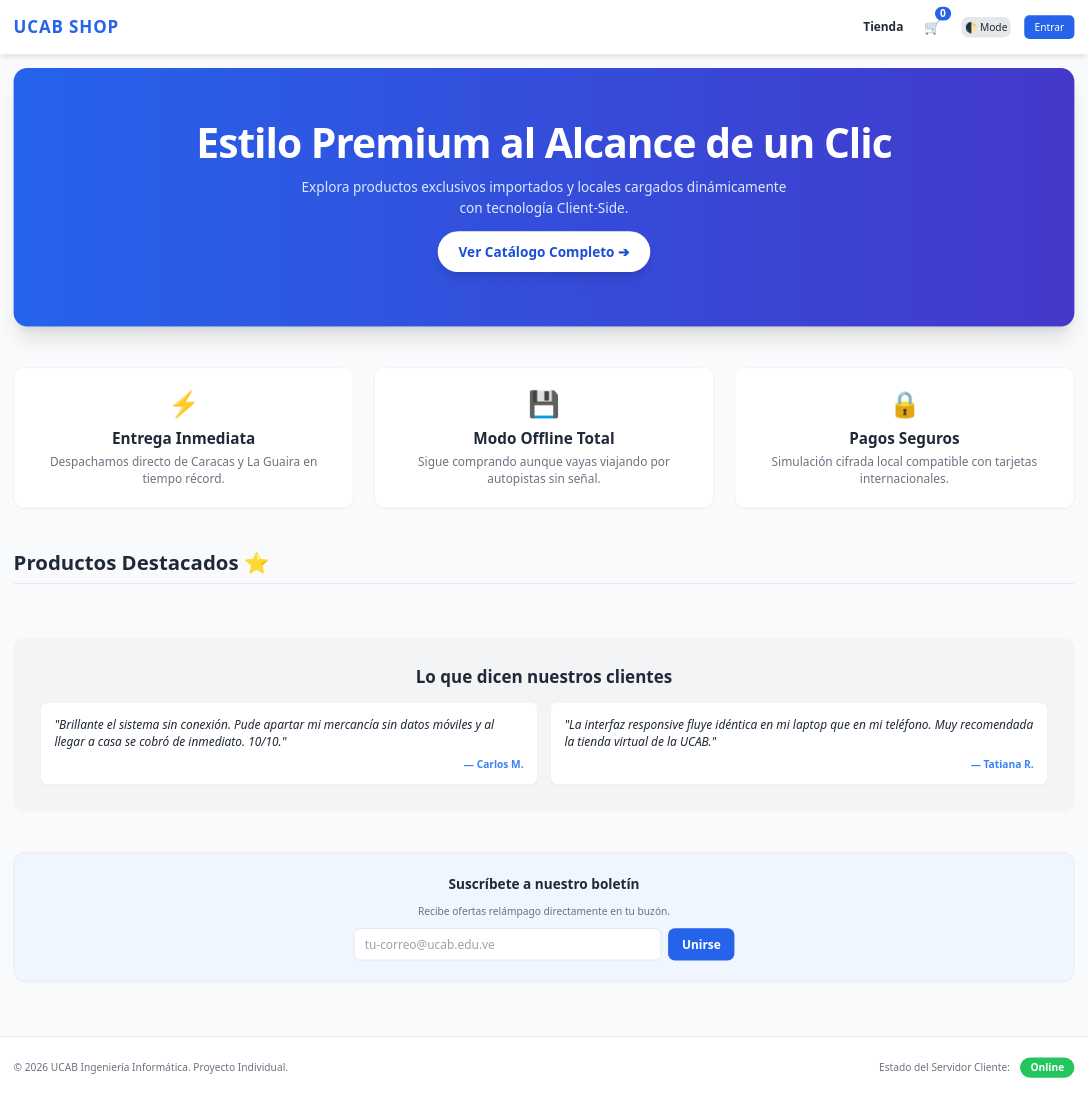
Repository: devishmael/tienda-virtual-pow
Page: index.html
An editor plug-in stored every save of this project. The page is shown before and after the next save, followed by the edit.
The browser window is 1280 px wide. The pictures show the whole page, at 85% of full size.
The page's requests for data from a server got no answer. Some web libraries are served in a nearby version.

Above is the page before, as saved 2026-06-11 10:20:48.

After the next save:
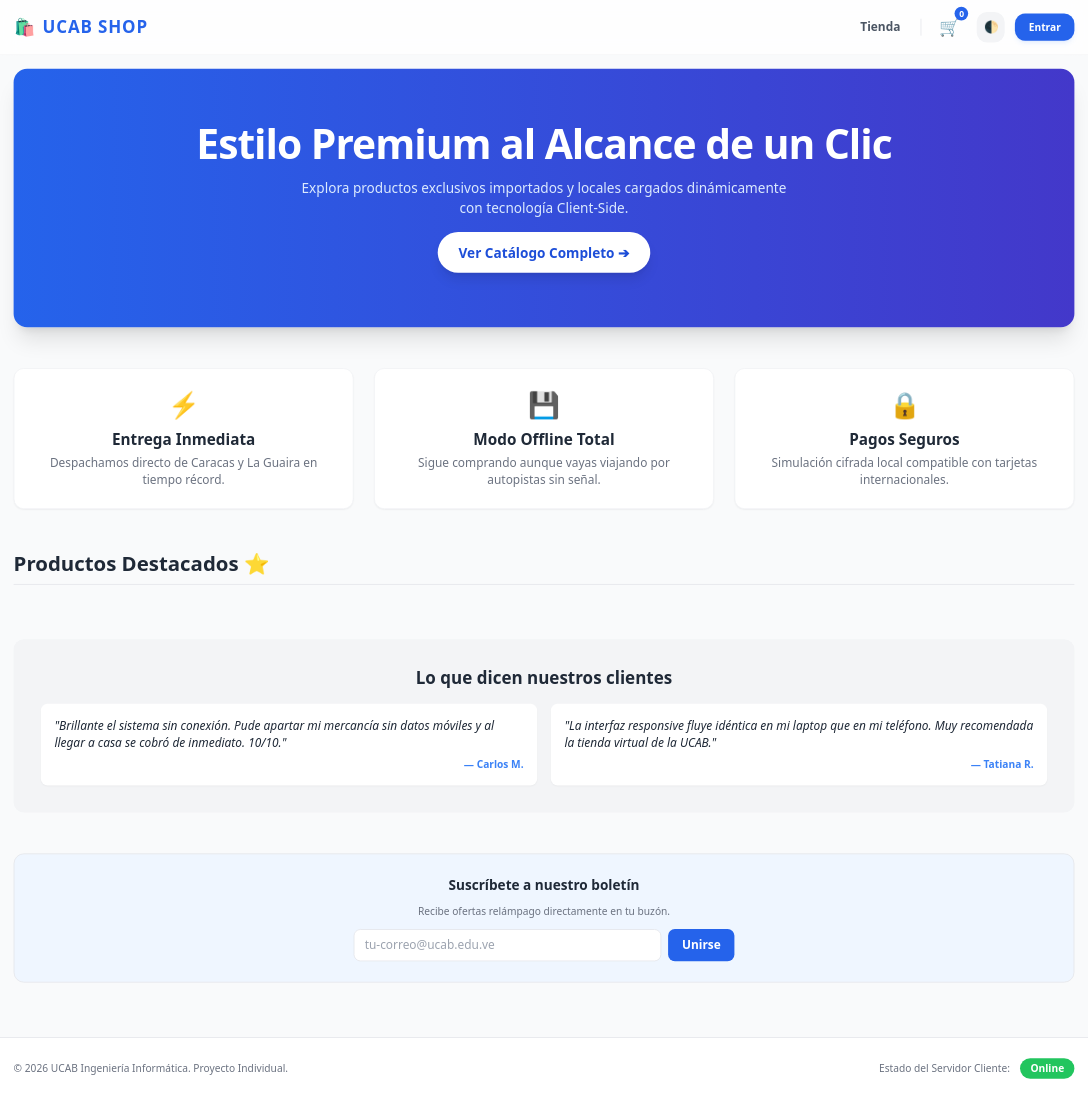
Saved 2 min 27 s later.
--- a/index.html
+++ b/index.html
@@ -13,26 +13,45 @@
 </head>
 <body class="bg-gray-50 text-gray-800 dark:bg-gray-900 dark:text-gray-100 min-h-screen flex flex-col transition-colors duration-200">
 
-    <nav class="bg-white dark:bg-gray-800 shadow-md sticky top-0 z-40">
-        <div class="max-w-7xl mx-auto px-4 py-3 flex justify-between items-center">
-            <h1 onclick="mostrarSeccion('landing')" class="text-xl font-extrabold text-blue-600 dark:text-blue-400 cursor-pointer tracking-wider">UCAB SHOP</h1>
-
-            <div class="flex items-center space-x-4">
-                <button onclick="mostrarSeccion('catalogo')" class="text-sm font-semibold hover:text-blue-500 cursor-pointer">Tienda</button>
-                <button id="nav-admin-link" onclick="mostrarSeccion('admin-box')" class="text-sm font-semibold text-red-500 hover:underline hidden cursor-pointer">Admin</button>
-
-                <button onclick="mostrarSeccion('carrito-box')" class="relative p-2 cursor-pointer">
-                    🛒 <span id="cart-count" class="absolute -top-1 -right-1 bg-blue-600 text-white text-xs px-1.5 rounded-full font-bold">0</span>
-                </button>
-
-                <button onclick="alternarTema()" class="p-1 bg-gray-200 dark:bg-gray-700 rounded-lg text-xs cursor-pointer">🌓 Mode</button>
-
-                <button id="nav-auth-btn" onclick="mostrarSeccion('auth-box')" class="bg-blue-600 text-white text-xs px-3 py-1.5 rounded-md font-medium hover:bg-blue-700 cursor-pointer">Entrar</button>
-                <div id="nav-user-menu" class="hidden flex items-center space-x-2">
-                    <span id="nav-username" onclick="mostrarSeccion('perfil-box')" class="text-xs font-bold cursor-pointer hover:underline text-blue-500"></span>
-                    <button onclick="Auth.logout()" class="text-xs text-gray-400 hover:text-red-500 cursor-pointer">Salir</button>
-                </div>
-            </div>
+    <nav class="bg-white/80 dark:bg-gray-800/80 backdrop-blur-md shadow-xs border-b border-gray-100 dark:border-gray-700 sticky top-0 z-40 transition-colors duration-200">
+        <div class="max-w-7xl mx-auto px-4 py-2.5 flex justify-between items-center">
+
+            <h1 onclick="mostrarSeccion('landing')" class="text-xl font-black text-blue-600 dark:text-blue-400 cursor-pointer tracking-wider flex items-center gap-2 hover:opacity-90 transition-opacity">
+                <span>🛍️</span> UCAB SHOP
+            </h1>
+
+            <div class="flex items-center space-x-2 sm:space-x-3">
+                <button onclick="mostrarSeccion('catalogo')" class="text-sm font-bold px-3 py-2 text-gray-600 dark:text-gray-300 hover:bg-gray-100 dark:hover:bg-gray-700/60 rounded-xl transition-all cursor-pointer">
+                    Tienda
+                </button>
+
+                <button id="nav-admin-link" onclick="mostrarSeccion('admin-box')" class="text-sm font-bold px-3 py-2 text-red-500 hover:bg-red-50 dark:hover:bg-red-950/30 rounded-xl transition-all hidden cursor-pointer">
+                    Admin
+                </button>
+
+                <span class="h-5 w-px bg-gray-200 dark:bg-gray-700 hidden sm:block"></span>
+
+                <button onclick="mostrarSeccion('carrito-box')" class="relative p-2 text-xl hover:bg-gray-100 dark:hover:bg-gray-700/60 rounded-xl transition-all cursor-pointer" title="Ver Carrito">
+                    🛒 <span id="cart-count" class="absolute -top-0.5 -right-0.5 bg-blue-600 text-white text-[10px] h-4 w-4 flex items-center justify-center rounded-full font-black shadow-xs">0</span>
+                </button>
+
+                <button onclick="alternarTema()" class="p-2 bg-gray-100 dark:bg-gray-700/80 hover:bg-gray-200 dark:hover:bg-gray-600 rounded-xl text-sm transition-all cursor-pointer" title="Alternar Tema Ilustrado">
+                    🌓
+                </button>
+
+                <button id="nav-auth-btn" onclick="mostrarSeccion('auth-box')" class="bg-blue-600 text-white text-xs px-4 py-2 rounded-xl font-bold shadow-md shadow-blue-500/10 hover:bg-blue-700 hover:shadow-blue-500/20 transition-all cursor-pointer">
+                    Entrar
+                </button>
+
+                <div id="nav-user-menu" class="hidden flex items-center space-x-3 pl-1">
+                    <div id="nav-username" onclick="mostrarSeccion('perfil-box')" class="cursor-pointer"></div>
+
+                    <button onclick="Auth.logout()" class="text-xs font-bold text-red-600 dark:text-red-400 bg-red-50 dark:bg-red-950/40 border border-red-200 dark:border-red-900/50 px-3 py-2 rounded-xl hover:bg-red-100 dark:hover:bg-red-900/40 transition-all shadow-xs cursor-pointer">
+                        Salir
+                    </button>
+                </div>
+            </div>
+
         </div>
     </nav>
 
@@ -174,7 +193,7 @@
         </section>
 
         <section id="admin-box" class="hidden space-y-8">
-            <h2 class="text-2xl font-black text-red-500">Panel de Control de Administrador</h2>
+            <h2 class="text-2xl font-black text-red-500">Panel de Control de Administrativo</h2>
 
             <div class="grid grid-cols-1 sm:grid-cols-2 gap-4">
                 <div class="bg-white dark:bg-gray-800 p-4 rounded-xl shadow-sm border-l-4 border-green-500">
